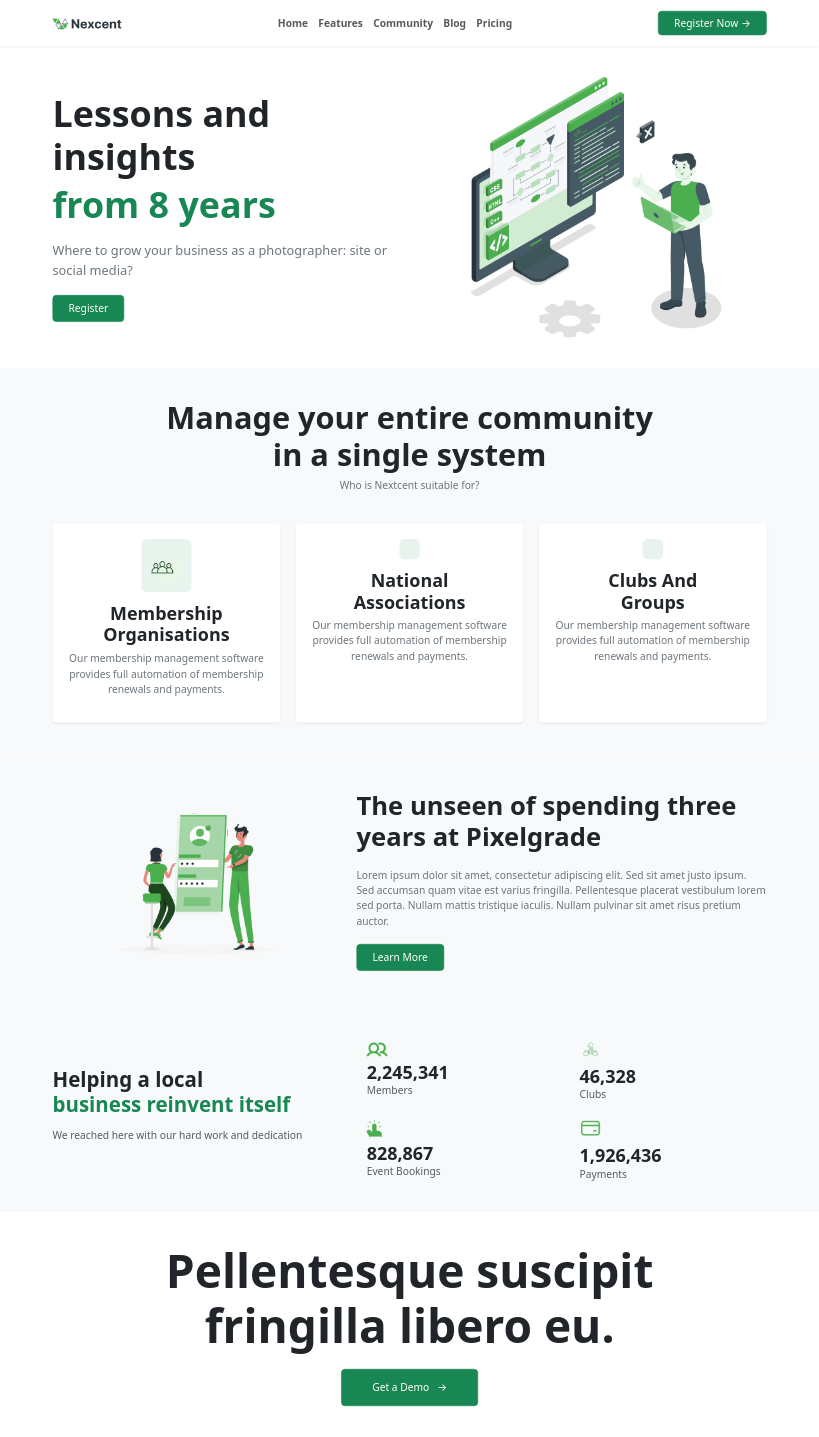
Repository: Laibaaa10/Bootstrap1
Page: index.html
An editor plug-in stored every save of this project. The page is shown before and after a run of saves, followed by the edit.
The browser window is 1280 px wide. The pictures show the whole page, at 64% of full size.

Above is the page before, as saved 2026-06-18 08:13:40.

After the next 2 saves:
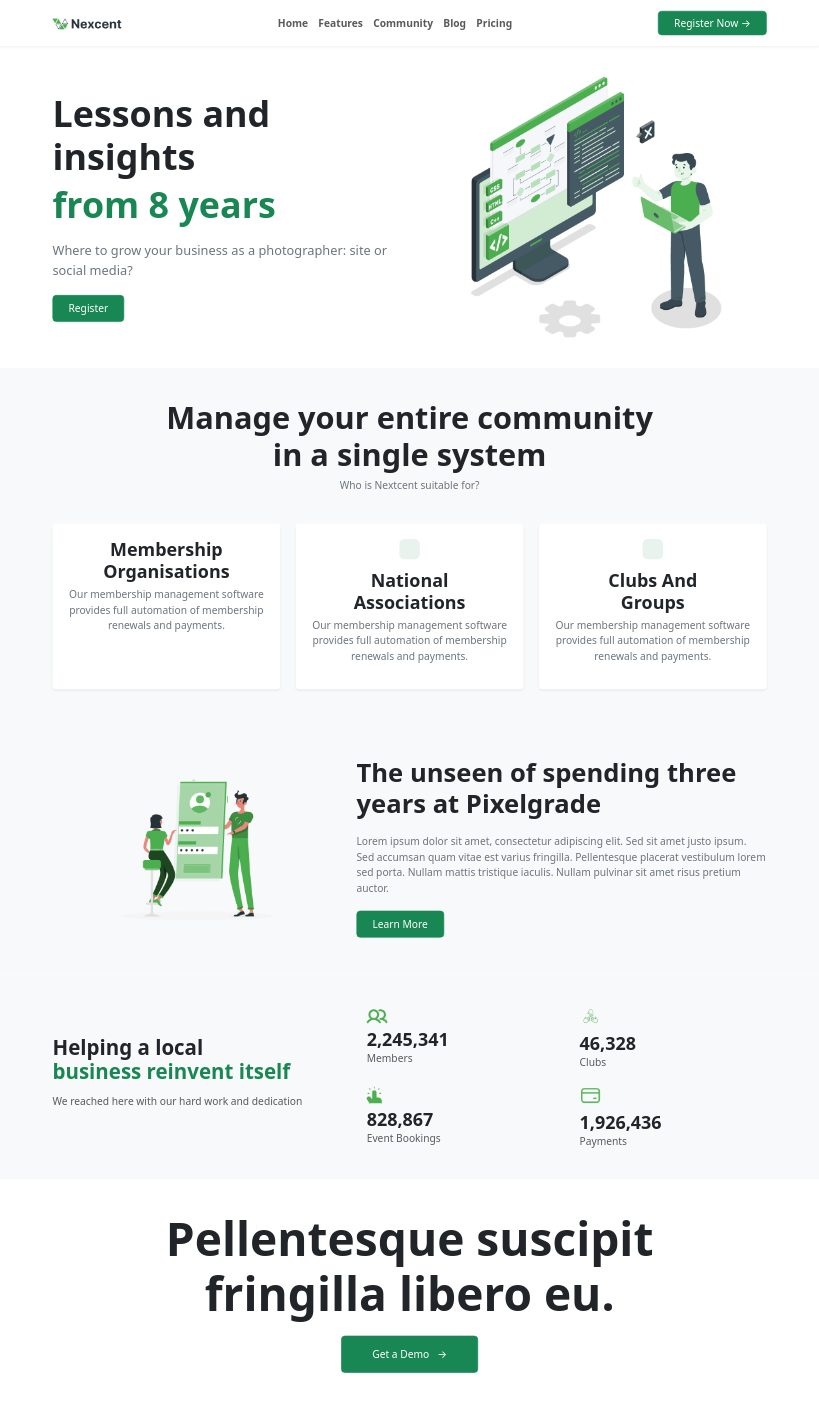
The 2 saves are shown as one change because they came seconds apart.
The last was saved 22 s later.
--- a/index.html
+++ b/index.html
@@ -110,7 +110,7 @@
             <div class="col-md-4">
                 <div class="card border-0 shadow-sm h-100 text-center p-4">
 
-                    <div class="mx-auto bg-success bg-opacity-10 rounded-3 p-3 mb-3">
+                    <div
                         <img src="./images/Icon.png" alt="Illustration" class="img-fluid">
                         <i class="bi bi-people fs-2 text-success"></i>
                     </div>

After the save that followed:
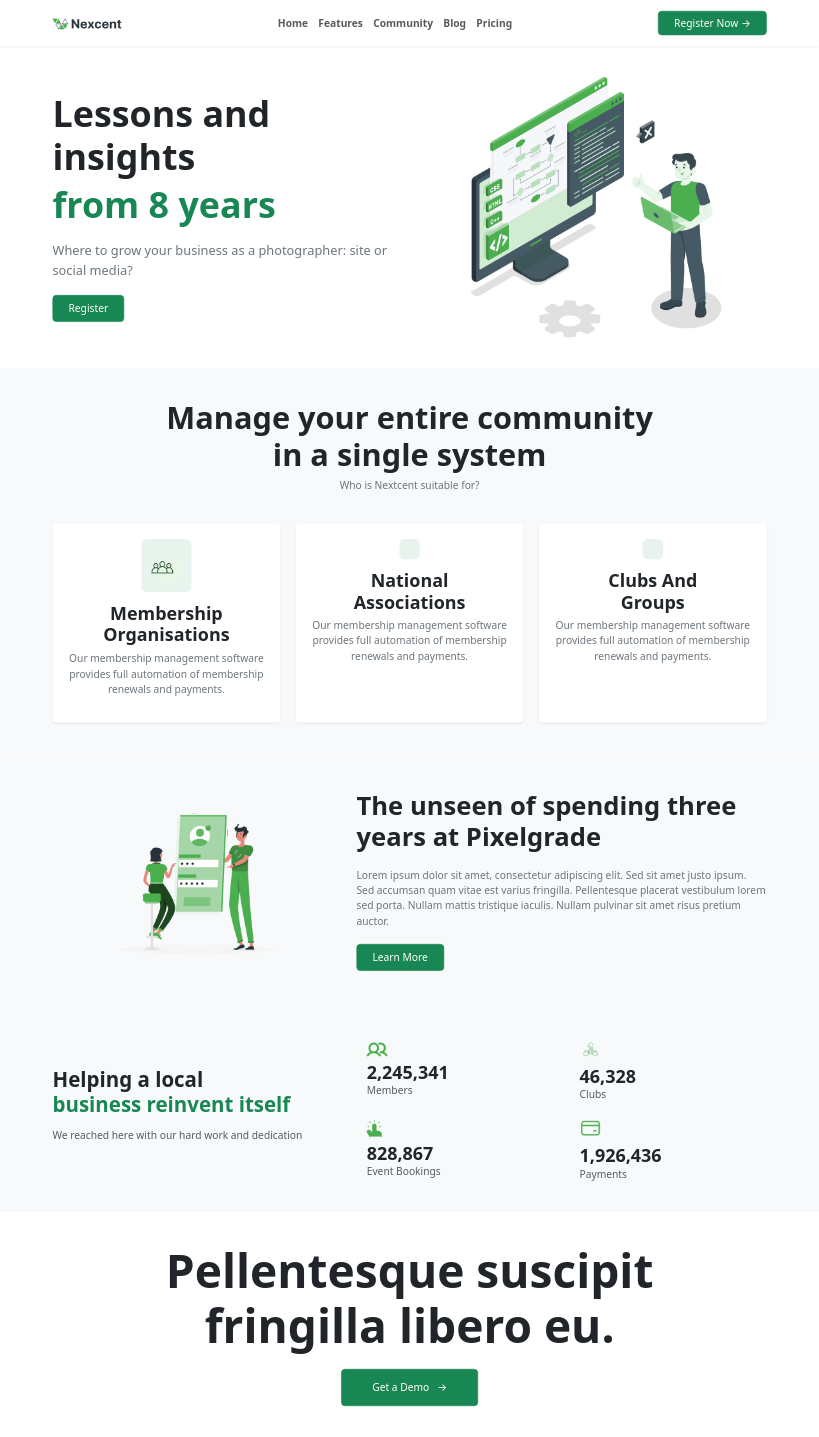
Saved 9 s later.
--- a/index.html
+++ b/index.html
@@ -110,7 +110,7 @@
             <div class="col-md-4">
                 <div class="card border-0 shadow-sm h-100 text-center p-4">
 
-                    <div
+                    <div class="mx-auto bg-success bg-opacity-10 rounded-3 p-3 mb-3">
                         <img src="./images/Icon.png" alt="Illustration" class="img-fluid">
                         <i class="bi bi-people fs-2 text-success"></i>
                     </div>
